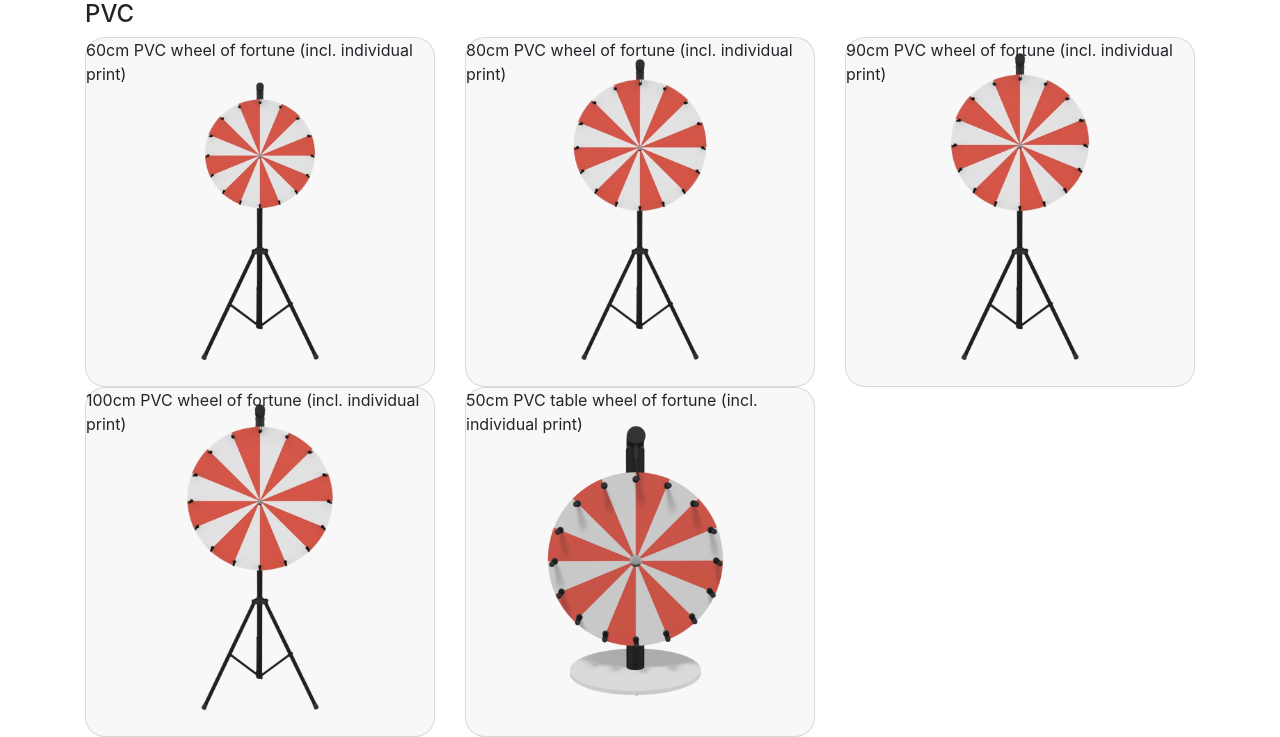
Repository: Awaisp-irfan/fahad-project
Page: pvc.html
The author's editor kept a copy of each file at every save. The page is drawn from the files as they stood at one save, then again after the next save.
The browser window is 1280 px wide. The pictures show the whole page.

Above is the page before, as saved 2022-06-30 08:29:06.

### pvc.html
<!DOCTYPE html>
<html lang="en">
  <head>
    <meta charset="UTF-8" />
    <meta http-equiv="X-UA-Compatible" content="IE=edge" />
    <meta name="viewport" content="width=device-width, initial-scale=1.0" />
    <link
      rel="stylesheet"
      href="https://cdn.jsdelivr.net/npm/bootstrap@4.6.1/dist/css/bootstrap.min.css"
      integrity="sha384-zCbKRCUGaJDkqS1kPbPd7TveP5iyJE0EjAuZQTgFLD2ylzuqKfdKlfG/eSrtxUkn"
      crossorigin="anonymous"
    />

    <link rel="stylesheet" href="./style.css" />
    <title>Document</title>
  </head>
  <body>
    <div class="container">
      <div class="row">
        <div class="col-lg-12">
          <h4 class="heading">PVC</h4>
        </div>
      </div>

      <div class="row">
        <div class="col-lg-4">
          <div class="card img-div">
            <div class="cm60">
              60cm PVC wheel of fortune (incl. individual print)
            </div>
          </div>
        </div>
        <div class="col-lg-4">
          <div class="card img-div">
            <div class="cm80">
              80cm PVC wheel of fortune (incl. individual print)
            </div>
          </div>
        </div>
        <div class="col-lg-4">
          <div class="card img-div">
            <div class="cm90">
              90cm PVC wheel of fortune (incl. individual print)
            </div>
          </div>
        </div>
        <div class="col-lg-4">
          <div class="card img-div">
            <div class="cm100">
              100cm PVC wheel of fortune (incl. individual print)
            </div>
          </div>
        </div>
        <div class="col-lg-4">
          <div class="card img-div">
            <div class="cm50">
              50cm PVC table wheel of fortune (incl. individual print)
            </div>
          </div>
        </div>
      </div>
    </div>
  </body>
</html>

### style.css
.pvc{
    background-image: url(./assests/2289977149.jpg);
    background-size: cover;
    background-position: center;
    background-repeat: no-repeat;
    height: 100%;
    border-radius: 20px;
}

.col-lg-4>a > .img-div{
    height: 400px;
    border-radius: 20px;
}
.col-lg-4>.img-div{
    height: 350px;
    border-radius: 20px;
    background-color: rgb(248, 248, 248);
}
.wooden{
    background-image: url(./assests/wooden.jpg);
    background-size: cover;
    background-position: center;
    background-repeat: no-repeat;
    height: 100%;
    border-radius: 20px;
}

.display{
    background-image: url(./assests/display.jpg);
    background-size: cover;
    background-position: center;
    background-repeat: no-repeat;
    height: 100%;
    border-radius: 20px;
}
.cm60{
    background: url(./assests/60cm_PVC-removebg-preview.png);

    background-size: cover;
    background-position: center;
    background-repeat: no-repeat;
    height: 100%;
    border-radius: 20px;
}

.cm80{
    background: url(./assests/80cm_PVC-removebg-preview.png);

    background-size: cover;
    background-position: center;
    background-repeat: no-repeat;
    height: 100%;
    border-radius: 20px;
}

.cm90{
    background: url(./assests/90cm_PVC-removebg-preview.png);

    background-size: cover;
    background-position: center;
    background-repeat: no-repeat;
    height: 100%;
    border-radius: 20px;
}
.cm100{
    background: url(./assests/100cm_PVC-removebg-preview.png);

    background-size: cover;
    background-position: center;
    background-repeat: no-repeat;
    height: 100%;
    border-radius: 20px;
}

.cm50{
    background: url(./assests//50cm\ PVC.png);

    background-size: cover;
    background-position: center;
    background-repeat: no-repeat;
    height: 100%;
    border-radius: 20px;
}

After the next save:
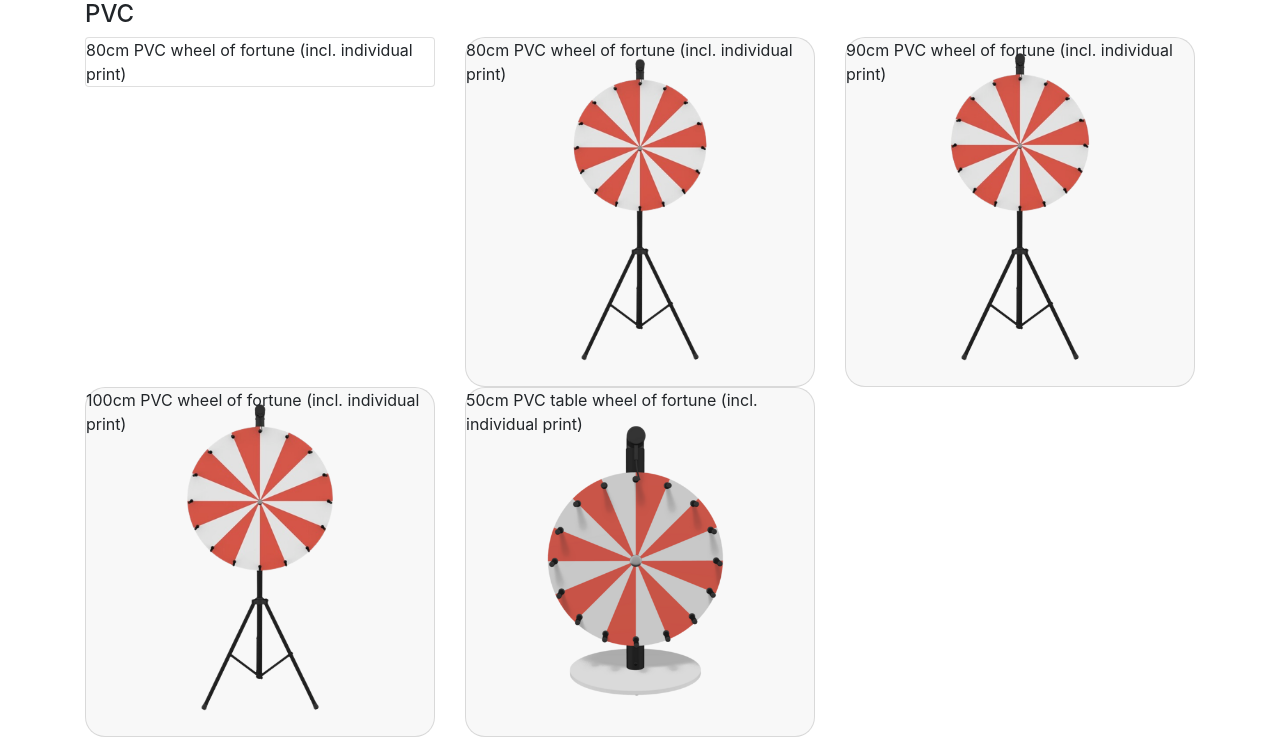
Saved 101 s later.
--- a/pvc.html
+++ b/pvc.html
@@ -24,16 +24,21 @@
 
       <div class="row">
         <div class="col-lg-4">
-          <div class="card img-div">
+          <div class="card ">
+            <div class="img-div">
             <div class="cm60">
-              60cm PVC wheel of fortune (incl. individual print)
+
             </div>
+            <div>
+                80cm PVC wheel of fortune (incl. individual print)
+            </div>
+        </div>
           </div>
         </div>
         <div class="col-lg-4">
           <div class="card img-div">
             <div class="cm80">
-              80cm PVC wheel of fortune (incl. individual print)
+                80cm PVC wheel of fortune (incl. individual print)
             </div>
           </div>
         </div>
